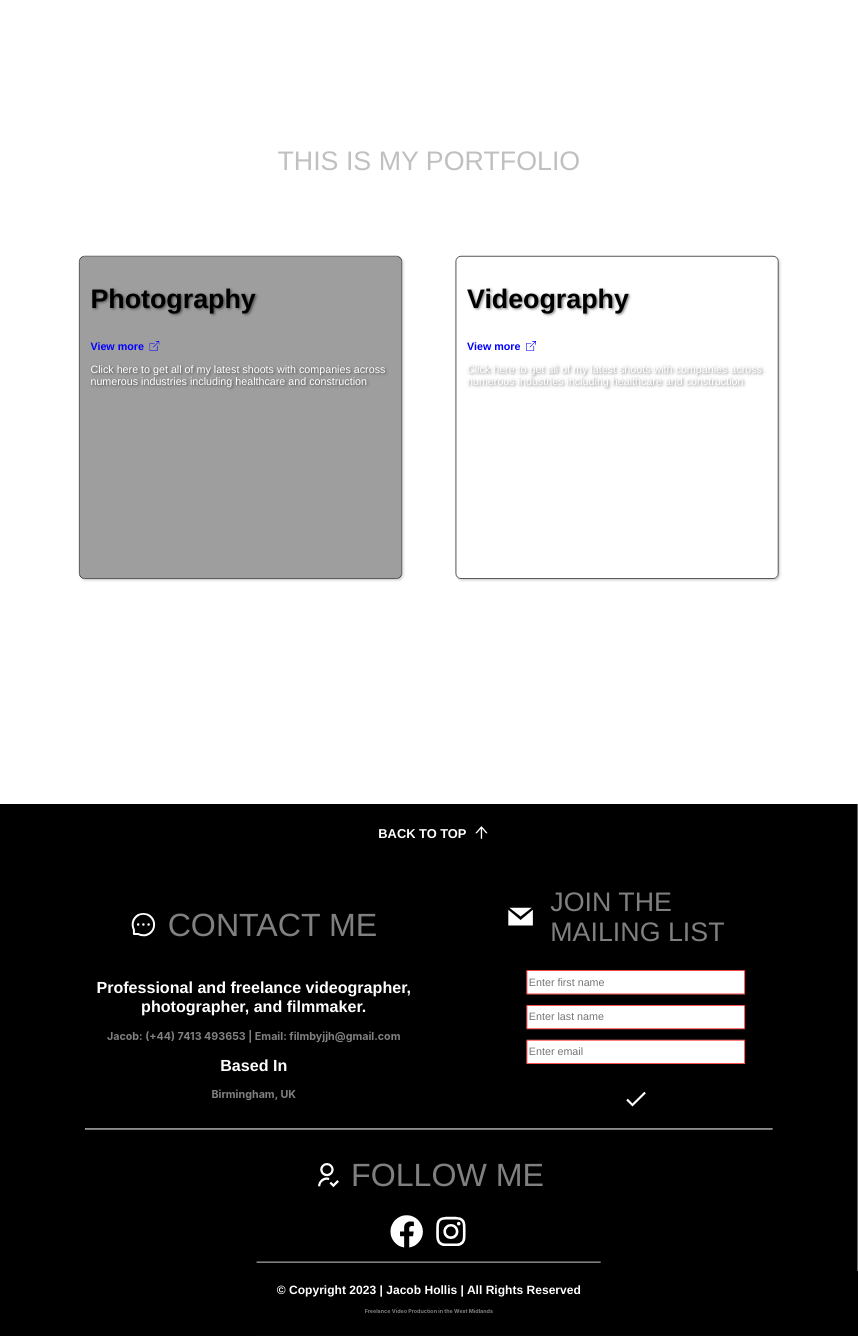
Repository: ThomasMTurner/filmbyjjh-portfolio
Page: /portfolio (app in client/)
An editor plug-in stored every save of this project. The page is shown before and after the next save, followed by the edit.
The browser window is 1280 px wide. The pictures show the whole page, at 67% of full size.
Pictures or frames that could not be fetched are drawn as grey boxes. The project was rebuilt for these pictures with package versions that can differ from the ones it lists, and the page was loaded fresh each time. Also part of the build but not shown: client/vite.config.js, client/src/pages/Components/TagComponents.jsx, client/src/pages/Components/Post.jsx, client/src/pages/Components/SearchBar.jsx, client/src/pages/Updates.jsx, client/src/pages/Contact.jsx, client/src/pages/Components/InitialLogin.jsx, client/src/pages/Home.jsx and 2 more. Imported but missing from the stored project, and not drawn on this page: client/src/pages/Components/Videos/header.mp4, client/src/pages/Components/Videos/portfolio-reel.mp4.

Above is the page before, as saved 2023-10-20 13:05:44.

### client/public/index.html
<!DOCTYPE html>
<html lang="en">
  <head>
    <meta charset="utf-8" />
    <link rel="icon" href="%PUBLIC_URL%/favicon2.ico" />
    <meta name="viewport" content="width=device-width, initial-scale=1" />
    <meta name="theme-color" content="#000000" />
    <meta
      name="description"
      content="Web site created using create-react-app"
    />
    <link rel="apple-touch-icon" href="%PUBLIC_URL%/logo192.png" />
    <!--
      manifest.json provides metadata used when your web app is installed on a
      user's mobile device or desktop. See https://developers.google.com/web/fundamentals/web-app-manifest/
    -->
    <link rel="manifest" href="%PUBLIC_URL%/manifest.json" />
    <!--
      Notice the use of %PUBLIC_URL% in the tags above.
      It will be replaced with the URL of the `public` folder during the build.
      Only files inside the `public` folder can be referenced from the HTML.

      Unlike "/favicon.ico" or "favicon.ico", "%PUBLIC_URL%/favicon.ico" will
      work correctly both with client-side routing and a non-root public URL.
      Learn how to configure a non-root public URL by running `npm run build`.
    -->
    <title>FILM.BY.JJH</title>
  </head>
  <body>
    <noscript>You need to enable JavaScript to run this app.</noscript>
    <div id="root"></div>
    <!--
      This HTML file is a template.
      If you open it directly in the browser, you will see an empty page.

      You can add webfonts, meta tags, or analytics to this file.
      The build step will place the bundled scripts into the <body> tag.

      To begin the development, run `npm start` or `yarn start`.
      To create a production bundle, use `npm run build` or `yarn build`.
    -->
  </body>
</html>

### client/src/index.jsx
import React from 'react';
import ReactDOM from 'react-dom/client';
import './index.css';
import App from './App';
import { UserRoleProvider } from './userRoleContext';


const root = ReactDOM.createRoot(document.getElementById('root'));
root.render(
  <React.StrictMode>
    <UserRoleProvider>
      <App />
    </UserRoleProvider>
  </React.StrictMode>
);

### client/src/App.jsx
import { useLocation, useNavigate, Route, Outlet, BrowserRouter as Router, Routes} from 'react-router-dom';
import { useEffect, useState, Suspense } from 'react';
import { CSSTransition } from 'react-transition-group';
import { ColorRing } from 'react-loader-spinner';
import React from 'react';
import NavBar from "./pages/Components/Navbar"
import Footer from "./pages/Components/Footer";
import Updates from './pages/Updates';
import Contact from './pages/Contact';
import Home from './pages/Home';
import { EventHighlights, PromotionalMaterial } from './pages/Videography';
import SubNav from './pages/Components/SubNav';
import Portfolio from './pages/Portfolio';


//page to capture individual shoots or projects, want back button at top right with title

const VideoPage = () => {
  const navigate = useNavigate();
  const location = useLocation();

  useEffect(() => {
    if (location.pathname == '/video'){
      navigate('/video/event-highlights');
    }
  }, [navigate, location]);

  return (
    <div className='video-page-wrapper'>
      <div className='sideline-content'>
        <SubNav
          title="Videography Content"
          parentLink="video"
          links={{"Event highlights": "event-highlights", "Promotional material": "promotional-material", "Drone footage": "my-first-highlight-reel" }}
          subLinks={{'event highlights': {"Shoots": {"Atlas Gym": "/video/links/atlas-gym"}, "Individual projects":{}}}}
          className='subnav'
        />
        <p className='sideline-content-text'>Welcome to the videography page, you can view all of my highlighted video projects on the right by scrolling. You can also look into each project by clicking on the button inside the caption. </p>
      </div>

      <div className='page-content-wrapper'>
        <Routes>
          <Route path="/event-highlights" element={<EventHighlights />} />
          <Route path="/promotional-material" element={<PromotionalMaterial />} />
        </Routes>
      </div>
    </div>
  );
};




const PhotoPage = () => {
    const navigate = useNavigate();
    const location = useLocation();

    useEffect(() => {
      if (location.pathname == '/video'){
        navigate('/video/event-highlights');
      }
    }, [navigate, location]);

    return (
      <div className='photo-page-wrapper'>
        <SubNav
          title="Photography Content"
          parentLink="photo"
          links={{}}
        />
        <Routes>
          <Route path="/" element={<EventHighlights />} />
        </Routes>
      </div>
    );

}


const LoadingPage = () => {
  return (
    <div className='loading-page'>
      <ColorRing
        className='loading-spinner'
        visible={true}
        height="100"
        width="100"
        ariaLabel="blocks-loading"
        wrapperStyle={{}}
        wrapperClass="blocks-wrapper"
        colors={['#000000', '#808080', '#C0C0C0', '#808080', '#000000']}
    />

      <p>Loading, please wait...</p>
    </div>
  )
}


const Layout = () => {
  const [showFooter, setShowFooter] = useState(false);

  useEffect(() => {
    const handleScroll = () => {
      const content = document.getElementById('content');
      if (content) {
        const scrollOffset = content.offsetHeight - document.documentElement.clientHeight;
        setShowFooter(window.pageYOffset >= scrollOffset);

      }
    };

    window.addEventListener('scroll', handleScroll);

    return () => {
      window.removeEventListener('scroll', handleScroll);
    };
  }, []);


      return (
        <div className='layout-wrapper'>
          <CSSTransition
           in={!showFooter}
           timeout={300}
           classNames='nav-transition'
           unmountOnExit>
            <NavBar id='nav' />
          </CSSTransition>
          <div id="content">
            <Outlet/>
          </div>
          <Footer/>
        </div>
      );
    };

/*
Notes for later:


*/


export default function App() {
  return (
    <div className="App">
      <Router>
        <Suspense fallback={<LoadingPage />} timeout={200}>
          <Routes>
            <Route path="/" element={<Layout />}>
              <Route index element={<Home />} />
              <Route path="/updates" element={<Updates />} />
              <Route path="/contact" element={<Contact />} />
              <Route path="/portfolio" element={<Portfolio/>} />
                <Route path="/portfolio/video/*" element={<VideoPage />} />
                <Route path="/portfolio/photo/*" element={<PhotoPage />} />
            </Route>
          </Routes>
        </Suspense>
      </Router>
    </div>
  );
}

### client/src/userRoleContext.jsx
import {useState, createContext} from 'react';

export const UserRoleContext = createContext();

export const UserRoleProvider = ({children}) => {
    const [userRole, setUserRole] = useState(null);
    return (
        <UserRoleContext.Provider value ={{userRole, setUserRole}}>
            {children}
        </UserRoleContext.Provider>
    );
};

### client/src/pages/Components/Navbar.jsx
import './main_styles.css'
import JacobLogo from './Images/jacob-logo.jpg';
import { useState, useEffect } from 'react';
import { NavLink } from 'react-router-dom';
import { motion } from 'framer-motion';
import Hamburger from 'hamburger-react';
import { CSSTransition } from 'react-transition-group';
import classNames from 'classnames';
import {BiSolidRightArrow} from 'react-icons/bi';



function DropDownMenu(props) {
  const isMobileNav = props.isMobileNav;

  const mobileContainer = {
    hidden: {
      opacity:0,
      y: -10
    },
    show: {
      opacity: 1,
      transition: {
        staggerChildren: 0.2,
        duration: 0.5
      },
      y:0
    }
  }

  const mobileItem = {
    hidden: {
      opacity: 0,
      y: -10
    },
    show: {
      opacity: 1,
      y: 0

    }
  }

  if (isMobileNav){
  return (
  <motion.div
    variants = {mobileContainer}
    initial = "hidden"
    animate = "show"
            >

        <ul className='test-sub-menu' onMouseLeave={() => (!isMobileNav) && props.setVideoSubMenu(false)}>
          {Object.entries(props.links).map(([key, value], index) => (
            <motion.div
                        whileHover={{x:5}}
                        transition={{type:"string", duration:0.2, stiffness:300, damping:50}}
                        initial= "hidden"
                        animate= "show"
                        variants={mobileItem}
                        >
              <li>

                <NavLink
                  exact
                  to={value}
                  className={({ isActive }) => (isActive ? 'active-sub-nav-item' : 'sub-nav-item')}
                  key={index}
                >
                  {key}
                </NavLink>
              </li>
            </motion.div>
          ))}
        </ul>
    </motion.div>

  );
   }
  else {
    return (
      <motion.div initial={{x:200, y:-65, opacity:0}}
                  animate ={{y:-55, opacity:1}}
                  transition={{type:"string", duration:0.2, stiffness:300, damping:50}}>
        <ul className='test-sub-menu' onMouseLeave={() => (!isMobileNav) && props.setVideoSubMenu(false)}>
          {Object.entries(props.links).map(([key, value], index) => (
            <motion.div transition={{type:"string", duration:0.2, stiffness:300, damping:50}}>
              <li>
                <NavLink
                  exact
                  to={value}
                  className={({ isActive }) => (isActive ? 'active-sub-nav-item' : 'sub-nav-item')}
                  key={index}
                >
                  {key}
                </NavLink>
              </li>
            </motion.div>
          ))}
        </ul>
      </motion.div>
    )
  }
}





export default function NavBar() {
    const [isToggled, setToggled] = useState(false);
    const [isMobileNav, setMobileNav] = useState(false);
    const [VideoSubMenu, setVideoSubMenu] = useState(false);
    const [dimensions, setDimensions] = useState({width:null, height:null})
    const [dropDownOpener, setDropDownOpener] = useState('+');


    const handleToggle = () => {
      setToggled(!isToggled);
    }


    function useDimensions() {
      useEffect(() => {
        const handleDimensions = () => {
          setDimensions({ width: window.innerWidth, height: window.innerHeight });
        };
        window.addEventListener("resize", handleDimensions);
        handleDimensions();
        return () => window.removeEventListener("resize", handleDimensions);
      }, []);
    }

    function useResize() {
      useEffect(() => {
        const handleResize = () => {
          const width = window.innerWidth;
          setMobileNav(width <= 768);
          setToggled(!isMobileNav)
        };

        window.addEventListener("resize", handleResize);
        handleResize();
        return () => window.removeEventListener("resize", handleResize);
      }, []);
    }




    const logoClasses = classNames({
      'main-logo-wrapper': true,
      'logo-reposition': isMobileNav
    })


    const handleMobileDropDownClick = () => {
      setVideoSubMenu(!VideoSubMenu);
      if (dropDownOpener == '+'){
        setDropDownOpener('-');
      }
      else{
        setDropDownOpener('+');
      }
    }



    useDimensions()
    useResize()



    return (

    <div className="app-wrapper">
      <nav className='Navigation'>
        <div className={logoClasses}>
          <img src={JacobLogo} className="main-logo" alt="Jacob's Logo"/>
        </div>
        <button onClick={() => handleToggle()} className="hamburger-menu-icon">
          <Hamburger toggled={isToggled} toggle={setToggled} size={30} color={"white"} />
        </button>
          {isToggled &&

              <ul className="nav-wrapper">
                <li>
                  <NavLink exact to="/" className={({ isActive }) => (isActive ? 'active-nav-item' : 'nav-item')}>Home</NavLink>
                </li>
                <li>
                  <NavLink exact to="/updates" className={({ isActive }) => (isActive ? 'active-nav-item' : 'nav-item')}>Updates</NavLink>
                </li>
                <li onMouseEnter={() => (!isMobileNav) && setVideoSubMenu(true)} onMouseLeave ={() => (!isMobileNav) && setVideoSubMenu(false)}>
                  <NavLink exact to="/portfolio" className={({ isActive }) => (isActive ? 'active-nav-item' : 'nav-item')}>Portfolio</NavLink>
                  {isMobileNav && <button className='drop-down-mobile-button' onClick={() => handleMobileDropDownClick()}> {dropDownOpener} </button>}
                  {VideoSubMenu && (
                    <DropDownMenu
                      VideoSubMenu={VideoSubMenu}
                      setVideoSubMenu={setVideoSubMenu}
                      isMobileNav={isMobileNav}
                      links={{ 'Home': '/portfolio', 'Videography': '/portfolio/video', 'Photography': '/portfolio/photo' }}
                    />

  )}
                </li>
                <li>
                  <NavLink exact to="/contact" className={({ isActive }) => (isActive ? 'active-nav-item' : 'nav-item')}>Contact</NavLink>
                </li>
              </ul>


          }

      </nav>
    </div>

    );

  }

### client/src/pages/Portfolio.jsx
import { useNavigate } from 'react-router-dom';
import {BsBoxArrowUpRight, BsArrowRight} from 'react-icons/bs';

const PortfolioCard = (props) => {
    const navigate = useNavigate();
    console.log(props.title.toLowerCase().slice(0, 5))
    return (
        <div className={`portfolio-card portfolio-card-${props.title.toLowerCase()}`}>
            <p style={{fontFamily:'helvetica', fontWeight:'bold', fontSize:'2.5rem', color:'black'}}>{props.title}</p>
            <button className='portfolio-card-button' type="button" onClick={() => navigate(`/portfolio/${props.title.toLowerCase().slice(0, 5)}`)}>View more <BsBoxArrowUpRight color={'blue'} size={15} /></button>
            <p style={{fontFamily:'helvetica', fontWeight:'200', fontSize:'1rem'}}>{props.desc}</p>
        </div>
    )
}
export default function Portfolio() {
    return(
        <div style={{display:'flex', flexDirection:'column', justifyContent:'center', alignItems:'center', width:'100%', gap:'5rem', minHeight:'75rem', position:'relative', bottom:'5rem'}}>
            <p style={{fontFamily:'helvetica', fontWeight:'200', fontSize:'2.5rem', color:'silver'}}>THIS IS MY PORTFOLIO</p>
            <div style={{display:'flex', flexDirection:'row', justifyContent:'center', alignItems:'center', width:'100%', gap:'5rem'}}>
                <PortfolioCard title="Photography" desc="Click here to get all of my latest shoots with companies across numerous industries including healthcare and construction" />
                <PortfolioCard title="Videography" desc="Click here to get all of my latest shoots with companies across numerous industries including healthcare and construction" />
            </div>
        </div>
    )
}

### client/src/pages/Components/ScrollButton.jsx
import './main_styles.css';
import { useState } from 'react';
import {AiOutlineArrowUp} from 'react-icons/ai';

export default function ScrollButton () {
    const [iconActive, setIconActive] = useState(false);
    const handlePress = () => {
        window.scrollTo({top:0, left:0, behavior:"smooth"});
    }

    const handleIconState = () => {
        setIconActive(!iconActive);
    }

    const handleIconColour = () => {
        if (iconActive) {
            return 'gray';
        }
        else {
            return 'white';
        }
    }


    return (
        <div className='scroll-button-wrapper' onMouseEnter={handleIconState} onMouseLeave={handleIconState}>
            <button onClick={handlePress} className='scroll-button'>BACK TO TOP
            <AiOutlineArrowUp width='200' height='200' color={handleIconColour()} className='scroll-icon'/>
            </button>

        </div>
    );
}

Loaded but not shown: client/src/index.css (common file); client/src/pages/Components/main_styles.css (2554 lines, source omitted); client/src/pages/Components/Footer.jsx (238 lines, source omitted)

After the next save:
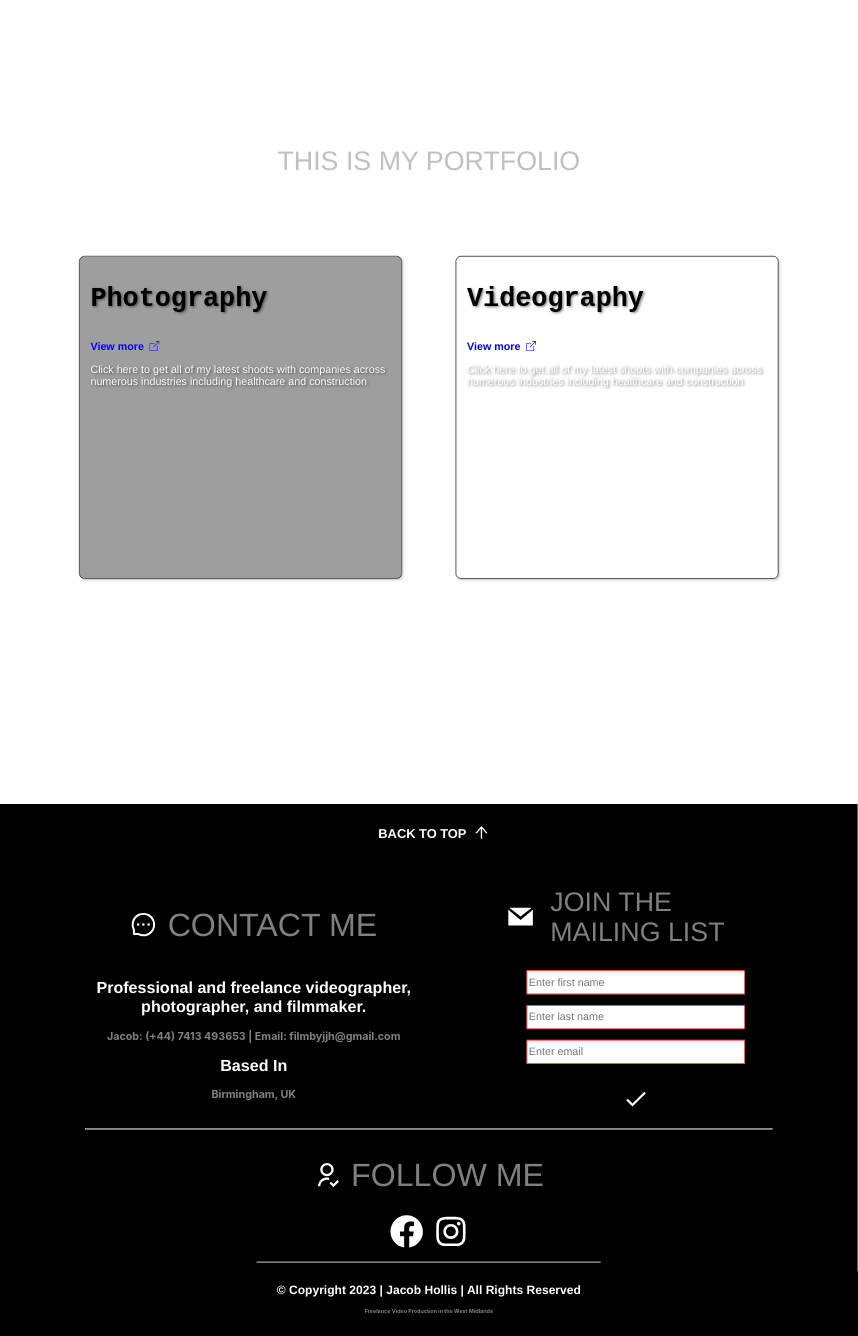
Saved 15 s later.
--- a/client/src/pages/Portfolio.jsx
+++ b/client/src/pages/Portfolio.jsx
@@ -6,7 +6,7 @@
     console.log(props.title.toLowerCase().slice(0, 5))
     return (
         <div className={`portfolio-card portfolio-card-${props.title.toLowerCase()}`}>
-            <p style={{fontFamily:'helvetica', fontWeight:'bold', fontSize:'2.5rem', color:'black'}}>{props.title}</p>
+            <p style={{fontFamily:'monospace', fontWeight:'bold', fontSize:'2.5rem', color:'black'}}>{props.title}</p>
             <button className='portfolio-card-button' type="button" onClick={() => navigate(`/portfolio/${props.title.toLowerCase().slice(0, 5)}`)}>View more <BsBoxArrowUpRight color={'blue'} size={15} /></button>
             <p style={{fontFamily:'helvetica', fontWeight:'200', fontSize:'1rem'}}>{props.desc}</p>
         </div>

After the save that followed:
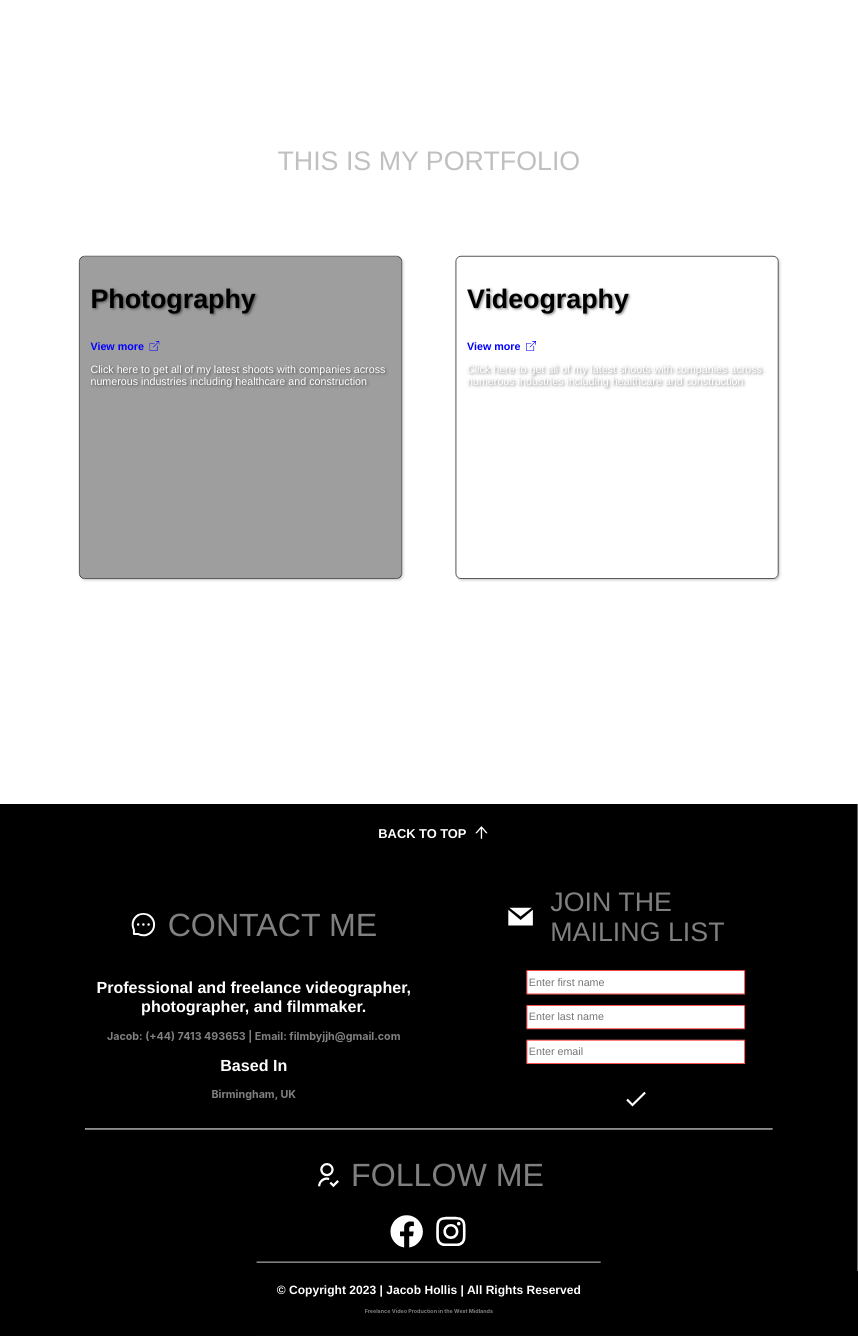
Saved 11 s later.
--- a/client/src/pages/Portfolio.jsx
+++ b/client/src/pages/Portfolio.jsx
@@ -6,7 +6,7 @@
     console.log(props.title.toLowerCase().slice(0, 5))
     return (
         <div className={`portfolio-card portfolio-card-${props.title.toLowerCase()}`}>
-            <p style={{fontFamily:'monospace', fontWeight:'bold', fontSize:'2.5rem', color:'black'}}>{props.title}</p>
+            <p style={{fontFamily:'helvetica', fontWeight:'bold', fontSize:'2.5rem', color:'black'}}>{props.title}</p>
             <button className='portfolio-card-button' type="button" onClick={() => navigate(`/portfolio/${props.title.toLowerCase().slice(0, 5)}`)}>View more <BsBoxArrowUpRight color={'blue'} size={15} /></button>
             <p style={{fontFamily:'helvetica', fontWeight:'200', fontSize:'1rem'}}>{props.desc}</p>
         </div>
